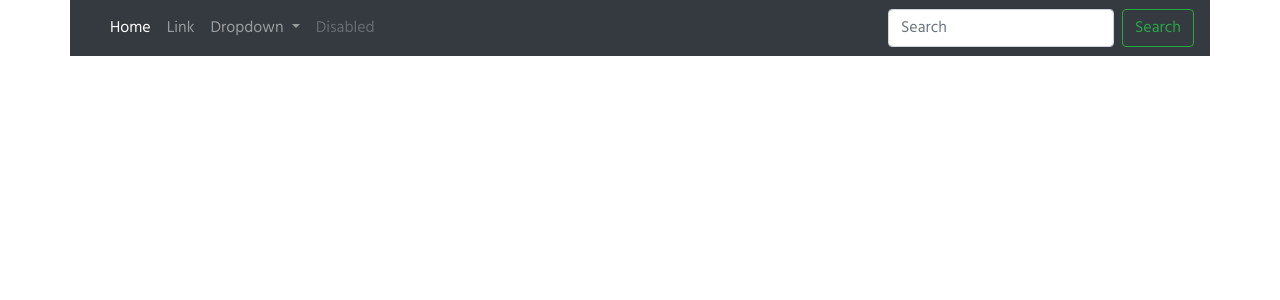
Repository: thanhfrankie/portfolio
Page: index.html
These files come from the project's save history. The page is drawn as it stood at one moment and after the next save; the edit follows.
The browser window is 1280 px wide. The pictures show the whole page.

Above is the page before, as saved 2023-11-28 09:31:06.

### index.html
<!DOCTYPE html>
<html lang="en">
  <head>
    <meta charset="UTF-8" />
    <meta name="viewport" content="width=device-width, initial-scale=1.0" />
    <title>Portfolio</title>
    <!-- Font Hind-->
    <link rel="preconnect" href="https://fonts.googleapis.com" />
    <link rel="preconnect" href="https://fonts.gstatic.com" crossorigin />
    <link
      href="https://fonts.googleapis.com/css2?family=Hind:wght@300;400;700&display=swap"
      rel="stylesheet"
    />
    <!-- Font AWESOME -->
    <link rel="stylesheet" href="https://cdnjs.cloudflare.com/ajax/libs/font-awesome/6.4.2/css/all.min.css" integrity="sha512-z3gLpd7yknf1YoNbCzqRKc4qyor8gaKU1qmn+CShxbuBusANI9QpRohGBreCFkKxLhei6S9CQXFEbbKuqLg0DA==" crossorigin="anonymous" referrerpolicy="no-referrer" />
    <!-- BS4 CSS -->
    <link rel="stylesheet" href="https://cdn.jsdelivr.net/npm/bootstrap@4.6.2/dist/css/bootstrap.min.css" integrity="sha384-xOolHFLEh07PJGoPkLv1IbcEPTNtaed2xpHsD9ESMhqIYd0nLMwNLD69Npy4HI+N" crossorigin="anonymous">

    <!-- Main CSS -->
    <link rel="stylesheet" href="./css/style.css" />
  </head>
  <body>
<header>
    <nav class="container navbar navbar-expand-lg navbar-dark bg-dark">
        <a class="navbar-brand" href="#">

        </a>
        <button class="navbar-toggler" type="button" data-toggle="collapse" data-target="#navbarSupportedContent" aria-controls="navbarSupportedContent" aria-expanded="false" aria-label="Toggle navigation">
          <span class="navbar-toggler-icon"></span>
        </button>

        <div class="collapse navbar-collapse" id="navbarSupportedContent">
          <ul class="navbar-nav mr-auto">
            <li class="nav-item active">
              <a class="nav-link" href="#">Home <span class="sr-only">(current)</span></a>
            </li>
            <li class="nav-item">
              <a class="nav-link" href="#">Link</a>
            </li>
            <li class="nav-item dropdown">
              <a class="nav-link dropdown-toggle" href="#" role="button" data-toggle="dropdown" aria-expanded="false">
                Dropdown
              </a>
              <div class="dropdown-menu">
                <a class="dropdown-item" href="#">Action</a>
                <a class="dropdown-item" href="#">Another action</a>
                <div class="dropdown-divider"></div>
                <a class="dropdown-item" href="#">Something else here</a>
              </div>
            </li>
            <li class="nav-item">
              <a class="nav-link disabled">Disabled</a>
            </li>
          </ul>
          <form class="form-inline my-2 my-lg-0">
            <input class="form-control mr-sm-2" type="search" placeholder="Search" aria-label="Search">
            <button class="btn btn-outline-success my-2 my-sm-0" type="submit">Search</button>
          </form>
        </div>
      </nav>
</header>





<!-- JQUERY hỗ trợ -->
    <script src="https://cdn.jsdelivr.net/npm/jquery@3.5.1/dist/jquery.slim.min.js" integrity="sha384-DfXdz2htPH0lsSSs5nCTpuj/zy4C+OGpamoFVy38MVBnE+IbbVYUew+OrCXaRkfj" crossorigin="anonymous"></script>
    <!-- BS4 JS -->
<script src="https://cdn.jsdelivr.net/npm/bootstrap@4.6.2/dist/js/bootstrap.bundle.min.js" integrity="sha384-Fy6S3B9q64WdZWQUiU+q4/2Lc9npb8tCaSX9FK7E8HnRr0Jz8D6OP9dO5Vg3Q9ct" crossorigin="anonymous"></script>

  </body>
</html>

### css/style.css
/* Global */
*{
    margin: 0;
    padding: 0;
    box-sizing: border-box;
}
html, body {
    font-family: 'Hind', sans-serif;
}

After the next save:
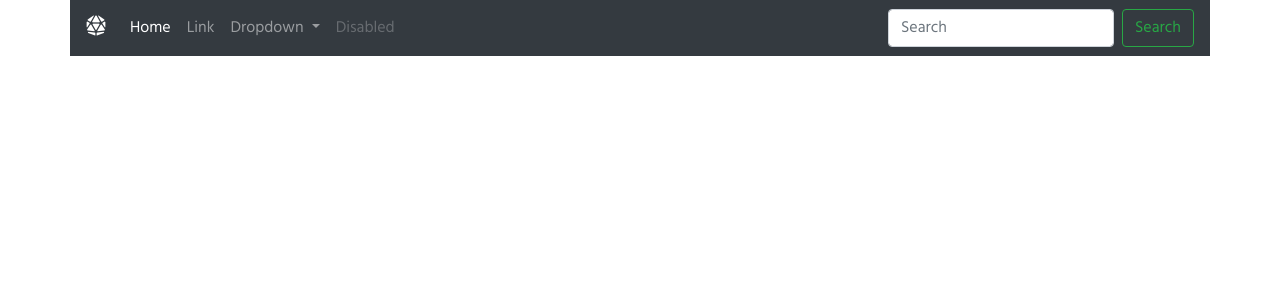
Saved 38 s later.
--- a/index.html
+++ b/index.html
@@ -23,7 +23,7 @@
 <header>
     <nav class="container navbar navbar-expand-lg navbar-dark bg-dark">
         <a class="navbar-brand" href="#">
-
+            <i class="fa-solid fa-dice-d20"></i>
         </a>
         <button class="navbar-toggler" type="button" data-toggle="collapse" data-target="#navbarSupportedContent" aria-controls="navbarSupportedContent" aria-expanded="false" aria-label="Toggle navigation">
           <span class="navbar-toggler-icon"></span>
